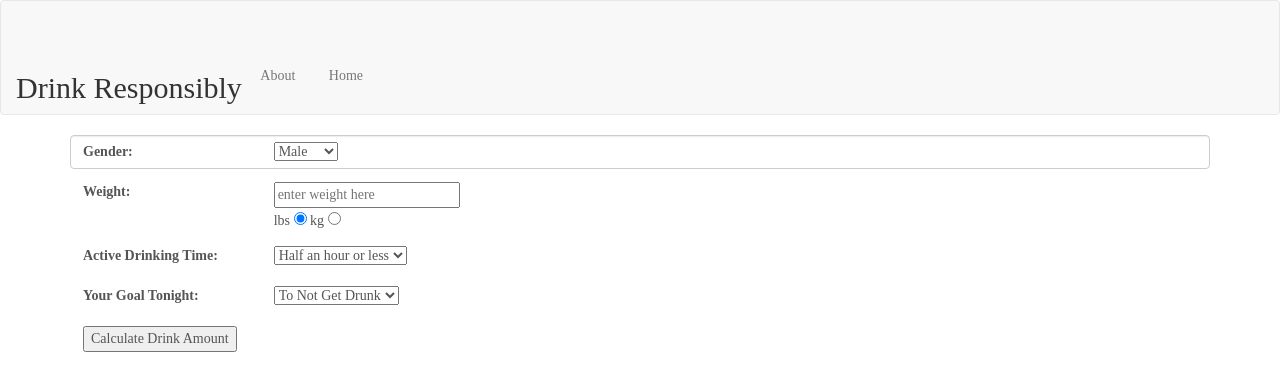
Repository: NatNat180/DrinkResponsibly
Page: http://localhost/DrinkResponsibly/form
An editor plug-in stored every save of this project. The page is shown before and after the next save, followed by the edit.
The browser window is 1280 px wide. The pictures show the whole page.
Some web fonts or font styles are not loaded; a fallback is used. The page is served by Tomcat 9. Other server files are loaded and not shown.

Above is the page before, as saved 2016-04-14 00:19:21.

### DrinkResponsibly/WebContent/WEB-INF/index.jsp
<%@ page language="java" contentType="text/html; charset=UTF-8"
    pageEncoding="ISO-8859-1"%>
<%@ taglib prefix="c" uri="http://java.sun.com/jsp/jstl/core" %>
<!DOCTYPE html>
<html lang="eng">
<head>
<meta http-equiv="Content-Type" content="text/html; charset=UTF-8">
<link rel="stylesheet" type="text/css" href="bootstrap/css/bootstrap.css"/>
<link rel="stylesheet" type="text/css" href="css/style.css"/>
<title>Drink Responsibly</title>
<script type="text/javascript">
function isNum(press){
	var charCode = (press.which) ? press.which : event.keyCode;
	if(charCode < 48 || charCode > 57){
		return false;
	}

	return true;
}
</script>
</head>
<body>
<c:import url="/WEB-INF/navigation.html"/>
<section class="container">
<form class="form-control" method="post" action="calculate-drink-amount">

<div class="form-group row">
<label class="col-sm-2 form-control-label">Gender:</label>
<div class="col-sm-10">
<select name="gender">
	<option value="male">Male</option>
	<option value="female">Female</option>
</select>
</div>
</div>

<div class="form-group row">
<label class="col-sm-2 form-control-label">Weight:</label>
<div class="col-sm-10">
<input type="text" name="weight" placeholder="enter weight here" onkeypress="return isNum(event)" required>
<br>
lbs <input type="radio" name="unit" value="lbs" checked/>
kg <input type="radio" name="unit" value="kg" />
</div>
</div>




<div class="form-group row">
<label class="col-sm-2 form-control-label">Active Drinking Time:</label>
<div class="col-sm-10">
<select name="drink-time">
	<option value="0">Half an hour  or less</option>
	<option value="1">1</option>
	<option value="2">2</option>
	<option value="3">3</option>
	<option value="4">4</option>
	<option value="5">5</option>
	<option value="6">6</option>
	<option value="7">7</option>
	<option value="8">8</option>
	<option value="9">9</option>
	<option value="10">10</option>
	<option value="11">11</option>
	<option value="12">12+</option>
</select>
</div>
</div>

<div class="form-group row">
<label class="col-sm-2 form-control-label">Your Goal Tonight:</label>
<div class="col-sm-10">
<select name="goal">
	<option value="drunk">To Not Get Drunk</option>
	<option value="sick">To Not Get Sick</option>
</select>
</div>
</div>

<input type="submit" value="Calculate Drink Amount" name="submit">
</form>
</section>
</body>
</html>

### DrinkResponsibly/WebContent/WEB-INF/navigation.html
<nav class="navbar navbar-default" role="navigation">
	<div class="container-fluid">
		<div class="navbar-header">
		  <h1 class="nav-title" style="font-size: 30px;">Drink Responsibly</h1>
		</div>
		<ul class="nav navbar-nav navbar-left">
			<li id="right"><a href="">&nbsp;About</a>
			<li id="right"><a href="form">&nbsp;Home</a>
		</ul>
	</div>
</nav>

### DrinkResponsibly/src/com/application/Form.java
package com.application;

import java.io.IOException;
import javax.servlet.ServletException;
import javax.servlet.annotation.WebServlet;
import javax.servlet.http.HttpServlet;
import javax.servlet.http.HttpServletRequest;
import javax.servlet.http.HttpServletResponse;

@WebServlet("/form")
public class Form extends HttpServlet {
	private static final long serialVersionUID = 1L;

    public Form() {
        super();

    }

	protected void doPost(HttpServletRequest request, HttpServletResponse response) throws ServletException, IOException {

		doGet(request, response);
	}

	protected void doGet(HttpServletRequest request, HttpServletResponse response) throws ServletException, IOException {

		request.getServletContext().getRequestDispatcher("/WEB-INF/index.jsp").forward(request, response);
	}

}

### DrinkResponsibly/WebContent/css/style.css
@import url(https://fonts.googleapis.com/css?family=Fjalla+One|Poiret+One|Bitter|Arvo|Amatic+SC:400,700);

/*
font-family: 'Fjalla One', sans-serif;
font-family: 'Poiret One', cursive;
font-family: 'Bitter', serif;
font-family: 'Arvo', serif;
font-family: 'Amatic SC', cursive;
*/

nav {

	padding-top: 50px;
}

h1 {font-family: 'Poiret One', cursive;}
body {font-family: 'Arvo', serif;}
.center-text {text-align:center;}

ul {
	list-style-type: none;
}

.label a {
	color: white;
}

a:hover{
	text-decoration: none;
	color: #55555;
}

form p {
	margin-top: 5px;
	margin-bottom: 5px;
}

hr {
	border: 0;
	height: 1px;
	background: #333;
	background-image: linear-gradient(to right, #ccc, #333, #ccc);
}

Loaded but not shown: DrinkResponsibly/WebContent/bootstrap/css/bootstrap.css (library)

After the next save:
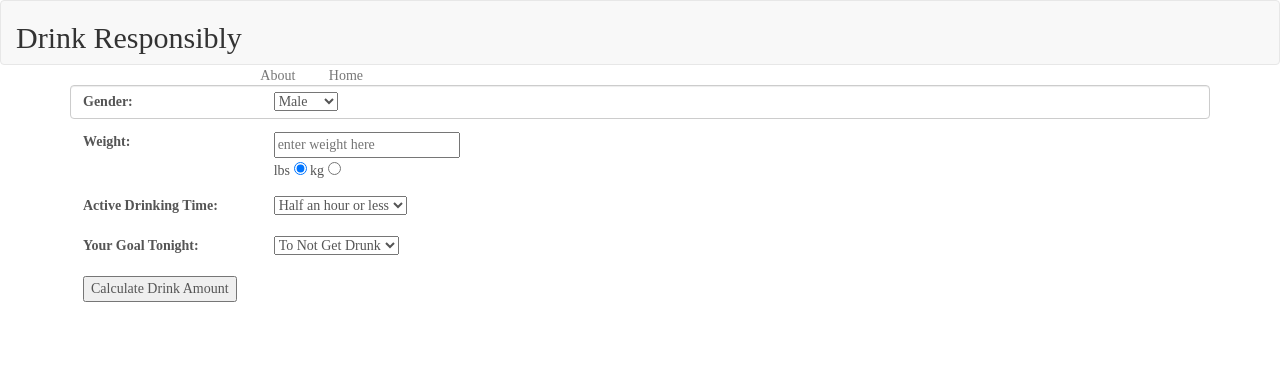
Saved 11 s later.
--- a/DrinkResponsibly/WebContent/css/style.css
+++ b/DrinkResponsibly/WebContent/css/style.css
@@ -8,9 +8,9 @@ font-family: 'Arvo', serif;
 font-family: 'Amatic SC', cursive;
 */
 
-nav {
+nav a {
 
-	padding-top: 50px;
+	top: 50px;
 }
 
 h1 {font-family: 'Poiret One', cursive;}
